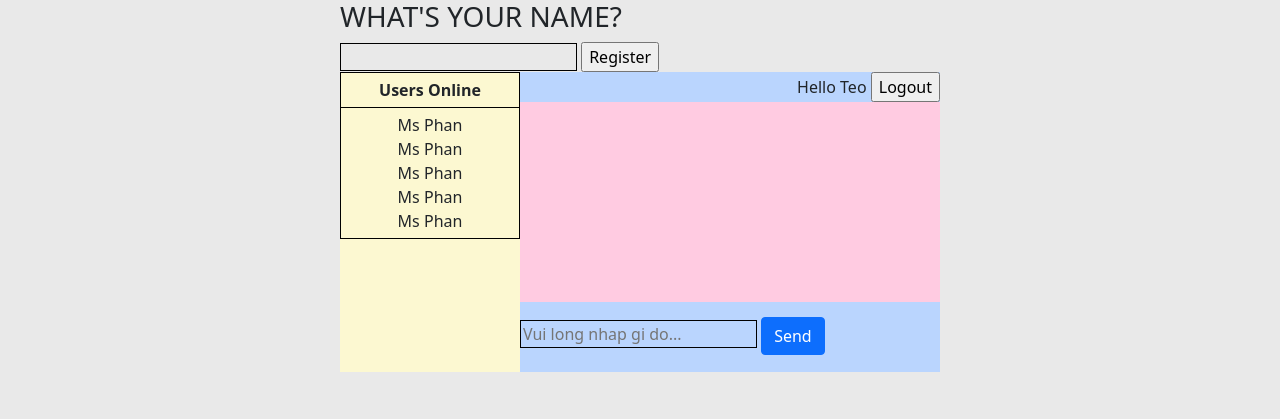
Repository: haimy125/demo_chat
Page: http://localhost/
An editor plug-in stored every save of this project. The page is shown before and after the next save, followed by the edit.
The browser window is 1280 px wide. The pictures show the whole page.
The page is served by the project's Node server (DEMO_CHAT_SOCKETIO/SERVER.js).

Above is the page before, as saved 2021-08-29 15:49:25.

### DEMO_CHAT_SOCKETIO/views/trangchu.ejs
<!DOCTYPE html>
<html lang="en">

<head>
    <meta charset="UTF-8">
    <meta http-equiv="X-UA-Compatible" content="IE=edge">
    <meta name="viewport" content="width=device-width, initial-scale=1.0">
    <title>demo chat</title>
    <link href="https://cdn.jsdelivr.net/npm/bootstrap@5.0.2/dist/css/bootstrap.min.css" rel="stylesheet" integrity="sha384-EVSTQN3/azprG1Anm3QDgpJLIm9Nao0Yz1ztcQTwFspd3yD65VohhpuuCOmLASjC" crossorigin="anonymous">
    <script src="https://cdn.jsdelivr.net/npm/@popperjs/core@2.9.2/dist/umd/popper.min.js" integrity="sha384-IQsoLXl5PILFhosVNubq5LC7Qb9DXgDA9i+tQ8Zj3iwWAwPtgFTxbJ8NT4GN1R8p" crossorigin="anonymous"></script>
    <script src="https://cdn.jsdelivr.net/npm/bootstrap@5.0.2/dist/js/bootstrap.min.js" integrity="sha384-cVKIPhGWiC2Al4u+LWgxfKTRIcfu0JTxR+EQDz/bgldoEyl4H0zUF0QKbrJ0EcQF" crossorigin="anonymous"></script>

    <script src="jquery.js"></script>
    <script src="socket.io/socket.io.js"></script>
    <link rel="stylesheet" href="layout.css">
    <script src="xuly.js">
    </script>
</head>

<body>
    <div class="container">
        <div id="wrapper">
            <div id="loginForm">
                <h3>WHAT'S YOUR NAME?</h3>
                <input type="text" id="txtUsername">
                <input type="button" value="Register" id="btnRegister" />
            </div>
            <div id="chatForm">
                <div id="left">
                    <div id="boxTitle">Users Online</div>
                    <div id="boxContent">
                        <div class="userOnline">Ms Phan</div>
                        <div class="userOnline">Ms Phan</div>
                        <div class="userOnline">Ms Phan</div>
                        <div class="userOnline">Ms Phan</div>
                        <div class="userOnline">Ms Phan</div>
                    </div>
                </div>
                <div id="right">
                    <div id="sayHi">Hello <span id="currentUser">Teo</span>
                        <input type="button" value="Logout" id="btnLogout">
                    </div>

                    <div id="listMessage"></div>

                    <div>
                        <input type="text" id="txtMessage" placeholder="Vui long nhap gi do...">
                        <input type="button" id="btnSendMessage" value="Send" class="btn btn-primary">
                    </div>
                </div>
            </div>
        </div>
    </div>
</body>

</html>

### DEMO_CHAT_SOCKETIO/SERVER.js
var express = require('express'); //phai require thu vien express moi chay
var app = express(); //khai bao server
app.use(express.static("public")); //can file js, css nen khai bao the nay de all file trong public la khach hang truy cap duoc het

app.set("view engine", "ejs"); //
app.set("views", "./views");
var server = require('http').Server(app); //dựng server
var io = require('socket.io')(server);
server.listen(3000);


app.get('/', function(req, res) {
    res.render('trangchu');
});

### DEMO_CHAT_SOCKETIO/public/layout.css
body {
    background-color: #e9e9e9;
}

#wrapper {
    width: 600px;
    margin: 0 auto;
}

#txtUsername {
    background-color: transparent;
    border: solid 1px black;
    /* border-width: 0 0 1 0; */
}

#left,
#right {
    min-height: 300px;
}

#left {
    width: 30%;
    float: left;
    background-color: #fcf8d1;
}

#right {
    width: 70%;
    float: right;
    background-color: #bad5fe;
}

#boxTitle {
    border: solid 1px black;
    padding: 5px;
    text-align: center;
    font-weight: bold;
}

#boxContent {
    border: solid 1px black;
    border-top: none;
    padding: 5px;
    text-align: center;
}

#sayHi {
    text-align: right;
}

#listMessage {
    height: 200px;
    background-color: #ffcbe1;
    margin-bottom: 15px;
}

#txtMessage {
    background-color: transparent;
    border: solid 1px black;
}

### DEMO_CHAT_SOCKETIO/public/xuly.js
$(document).ready(function() {
    // alert('a');
});

Loaded but not shown: DEMO_CHAT_SOCKETIO/public/jquery.js (library)

After the next save:
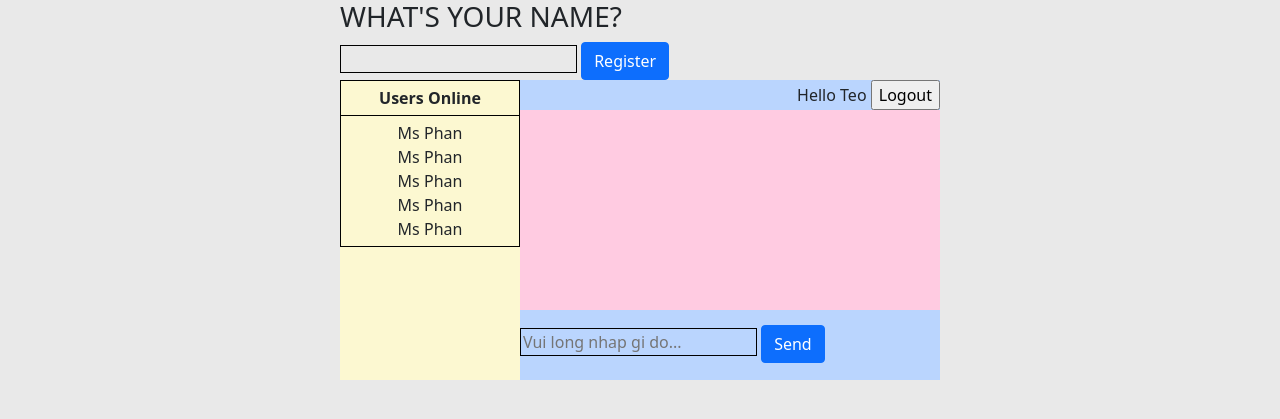
Saved 14 s later.
--- a/DEMO_CHAT_SOCKETIO/views/trangchu.ejs
+++ b/DEMO_CHAT_SOCKETIO/views/trangchu.ejs
@@ -23,7 +23,7 @@
             <div id="loginForm">
                 <h3>WHAT'S YOUR NAME?</h3>
                 <input type="text" id="txtUsername">
-                <input type="button" value="Register" id="btnRegister" />
+                <input type="button" value="Register" id="btnRegister" class="btn btn-primary" />
             </div>
             <div id="chatForm">
                 <div id="left">
